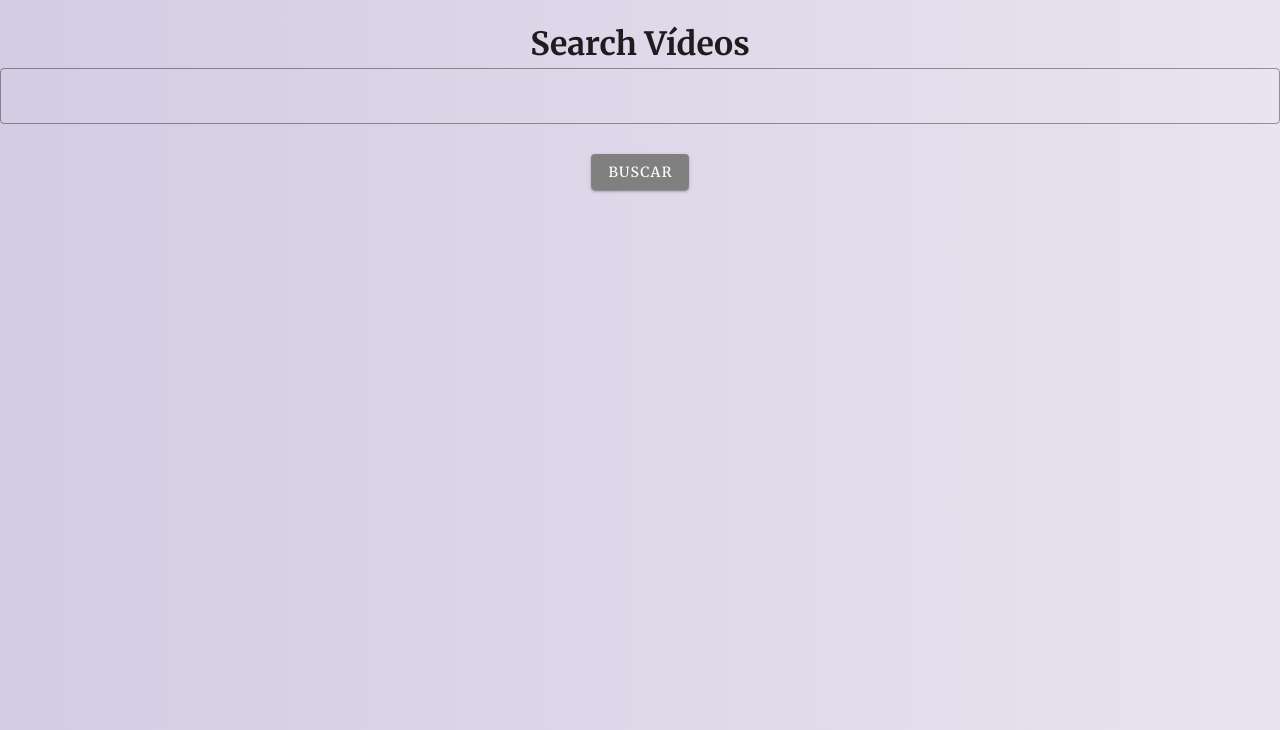
Repository: LucianoBitt/testVertex
Page: /
These files come from the project's save history. The page is drawn as it stood at one moment and after the next save; the edit follows.
The browser window is 1280 px wide. The pictures show the whole page.
The project was rebuilt for these pictures with package versions that can differ from the ones it lists, and the page was loaded fresh each time. Also part of the build but not shown: vue.config.js, src/plugins/api/conectApi.js, src/plugins/mixins/MixinBuscaApi.js, src/style/app.styl, src/style/resetStyles.styl, src/components/Dialogo.vue.

Above is the page before, as saved 2024-01-18 16:37:38.

After the next save:
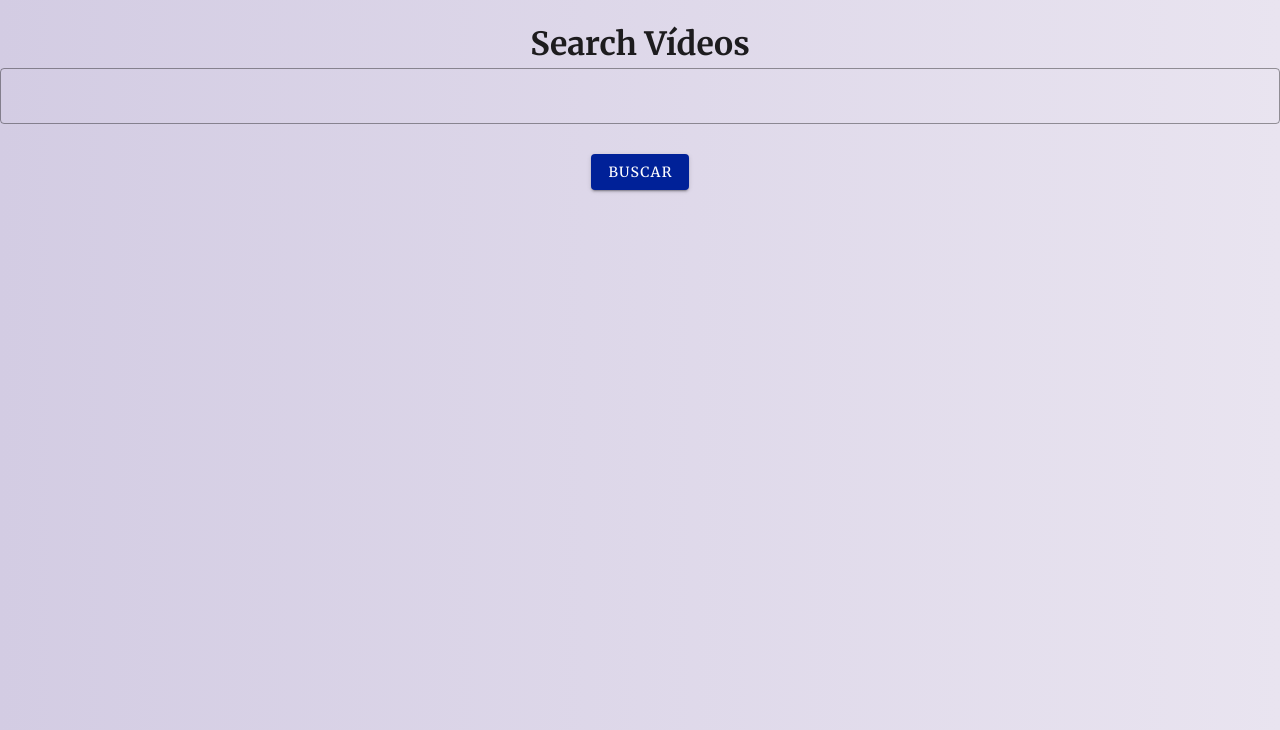
Saved 72 s later.
--- a/src/App.vue
+++ b/src/App.vue
@@ -5,7 +5,7 @@
         Search Vídeos
       </h1>
       <v-text-field type="text" outlined v-model="input"/>
-      <v-btn dark color="#808080" @click="searchVideos">Buscar</v-btn>
+      <v-btn dark color="primary" @click="searchVideos">Buscar</v-btn>
 
       <div class="container">
         <Card
